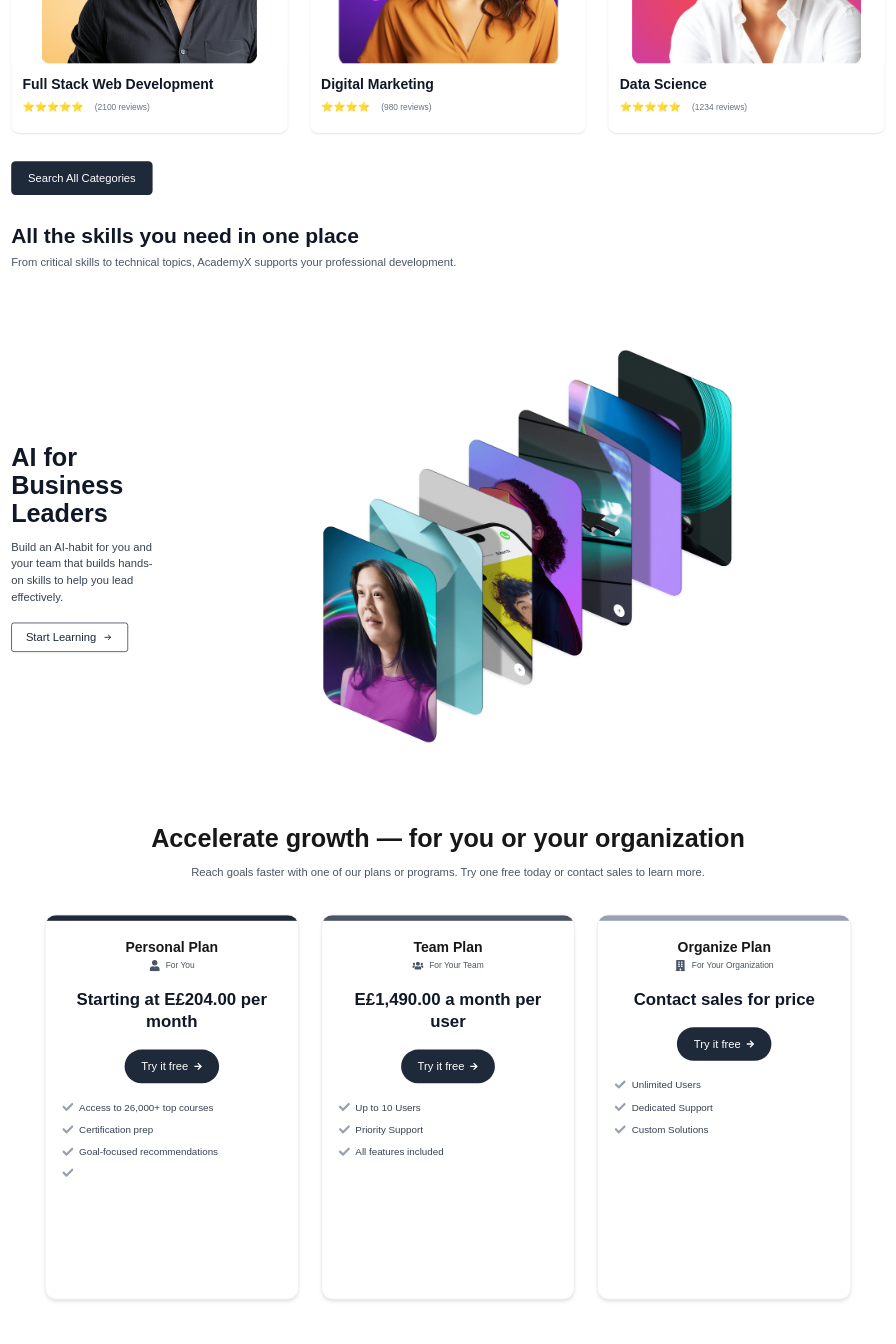
Repository: MohamedSalah54/full-stack-e-learning
Page: / (app in frontend/)
An editor plug-in stored every save of this project. The page is shown before and after the next save, followed by the edit.
The browser window is 1280 px wide. The pictures show the part of the page from y = 979 to 2899 px (the page is 2899 px tall), at 70% of full size.
The project was rebuilt for these pictures with package versions that can differ from the ones it lists, and the page was loaded fresh each time. The framework's server and built-in components were replaced by stand-ins that run in the browser. Also part of the build but not shown: frontend/next.config.ts.

Above is the page before, as saved 2025-06-16 14:13:49.

After the next save:
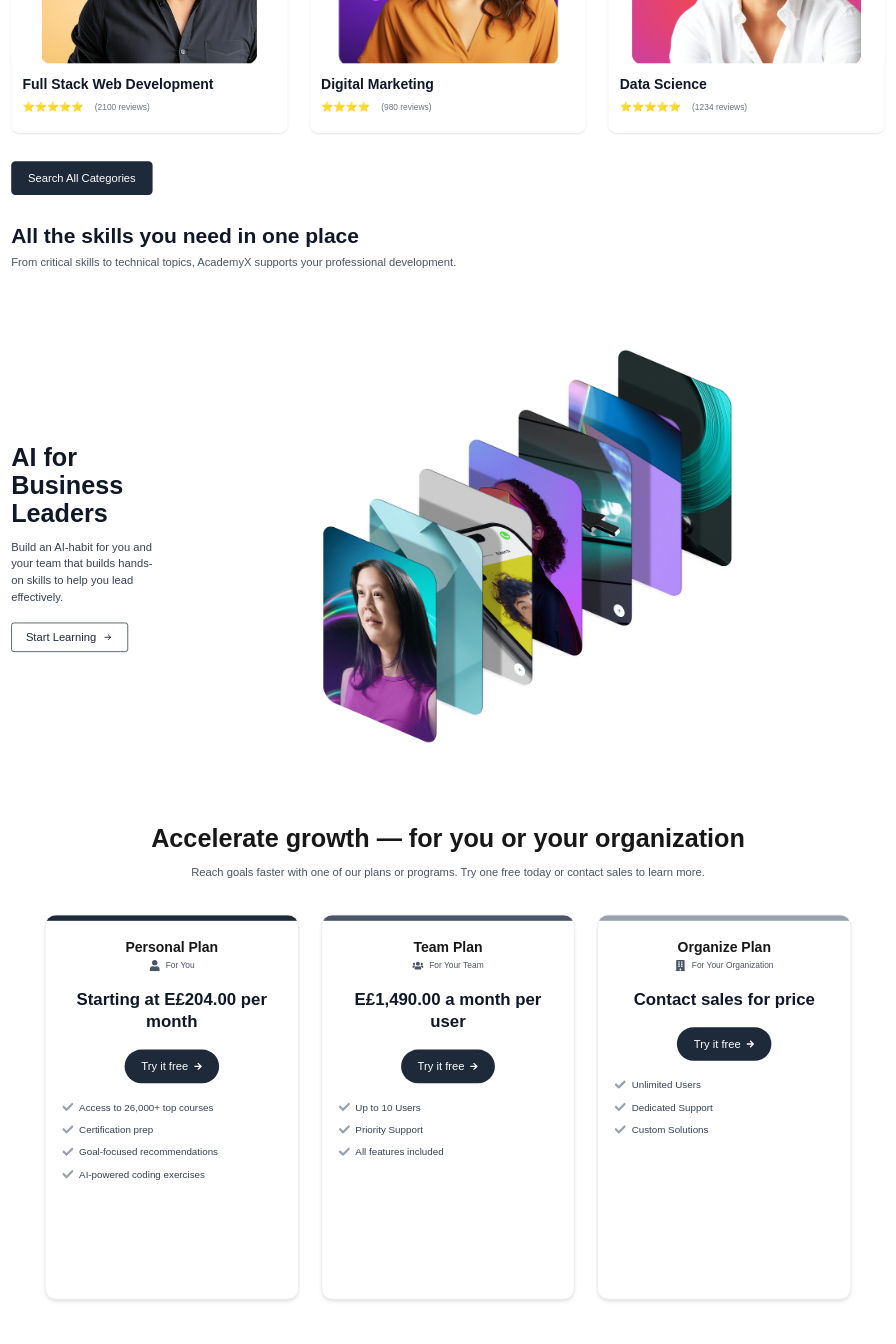
Saved 5 s later.
--- a/frontend/src/constants/index.ts
+++ b/frontend/src/constants/index.ts
@@ -42,7 +42,7 @@
     icon: FaUser,
     type: "For you",
     price: "Starting at E£204.00 per month",
-    features: [" Access to 26,000+ top courses", "Certification prep", "Goal-focused recommendations",""],
+    features: [" Access to 26,000+ top courses", "Certification prep", "Goal-focused recommendations","AI-powered coding exercises"],
     color: "bg-gray-800",
   },
   {
